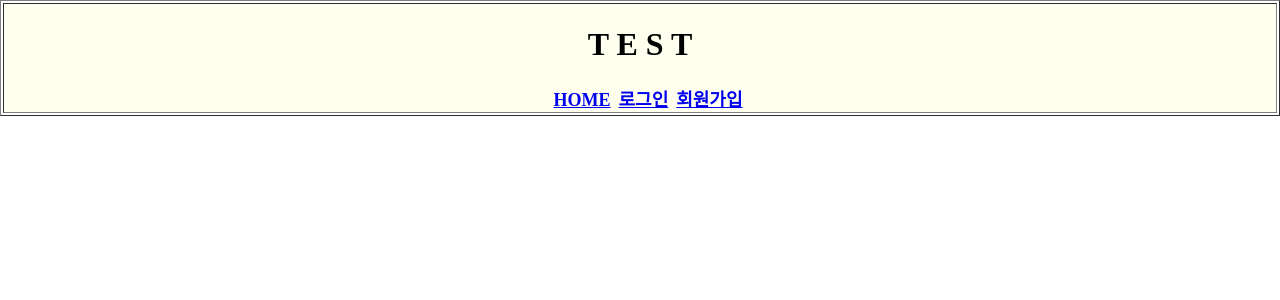
Repository: CHANGMAN-LEE/Java_ee
Page: workspace/test/WebContent/test/index.html
The author's editor kept a copy of each file at every save. The page is drawn from the files as they stood at one save, then again after the next save.
The browser window is 1280 px wide. The pictures show the whole page.

Above is the page before, as saved 2020-07-09 05:52:03.

After the next save:
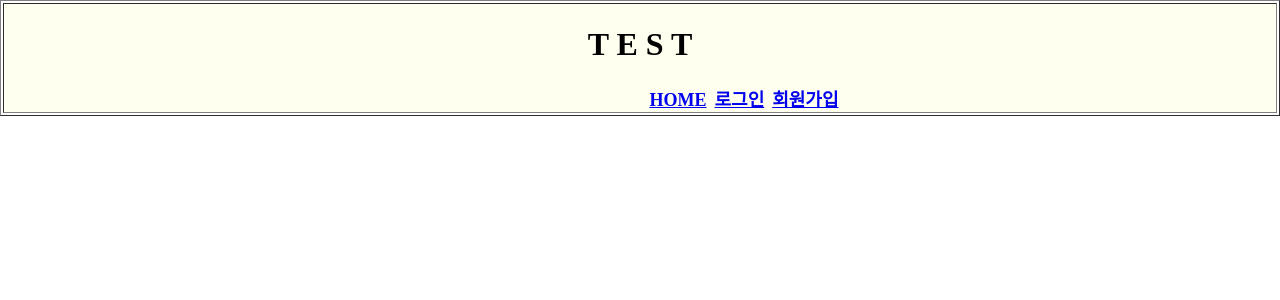
Saved 7 s later.
--- a/workspace/test/WebContent/test/index.html
+++ b/workspace/test/WebContent/test/index.html
@@ -9,7 +9,7 @@
 	<tr height="100" colspan="2" align="center" style="background-color:#FFFFEBCD">
 		<td align="center">
 			<h1>T E S T</h1>
-			&emsp;
+			&emsp;&emsp;&emsp;&emsp;&emsp;&emsp;&emsp;&emsp;&emsp;&emsp;&emsp;&emsp;&emsp;
 			<a href="../test/index.html"><font size="4"><strong>HOME</strong></font></a>&nbsp;
 			<a href="../test/loginForm.jsp"><font size="4"><strong>로그인</strong></font></a>&nbsp;
 			<a href="../test/writeForm.jsp"><font size="4"><strong>회원가입</strong></font></a>&nbsp;
